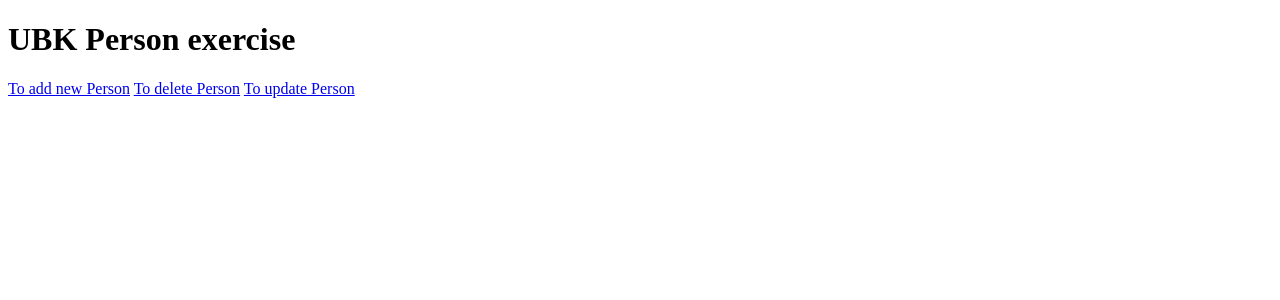
Repository: PanHrnecPapinak/EJB
Page: http://localhost/Web/WebMain.jsp
The author's editor kept a copy of each file at every save. The page is drawn from the files as they stood at one save, then again after the next save.
The browser window is 1280 px wide. The pictures show the whole page.
The page is served by Tomcat 9.

Above is the page before, as saved 2023-04-17 09:55:53.

After the next save:
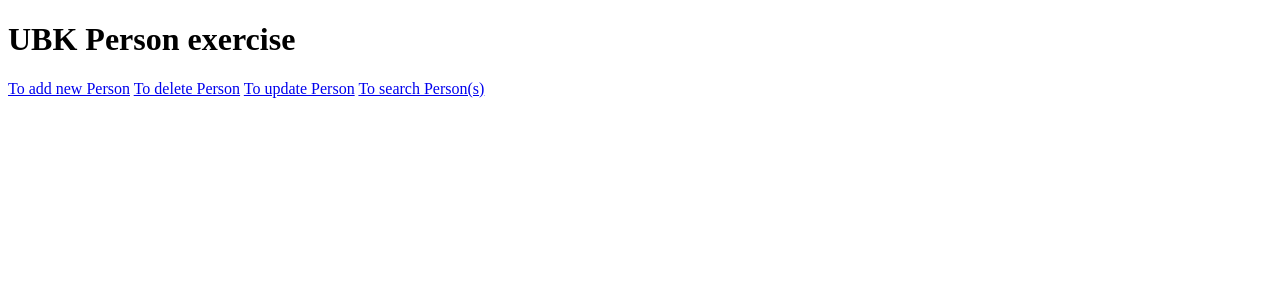
Saved 41 s later.
--- a/EJB UBK Ukol/Web/src/main/webapp/WebMain.jsp
+++ b/EJB UBK Ukol/Web/src/main/webapp/WebMain.jsp
@@ -11,7 +11,7 @@
 	<a href="http://localhost:8080/Web/WebCreatePerson.jsp">To add new Person</a>
 	<a href="http://localhost:8080/Web/WebDeletePerson.jsp">To delete Person</a>
 	<a href="http://localhost:8080/Web/WebUpdatePerson.jsp">To update Person</a>
-
+	<a href="http://localhost:8080/Web/WebSearchPerson.jsp">To search Person(s)</a>
 
 </body>
 </html>
